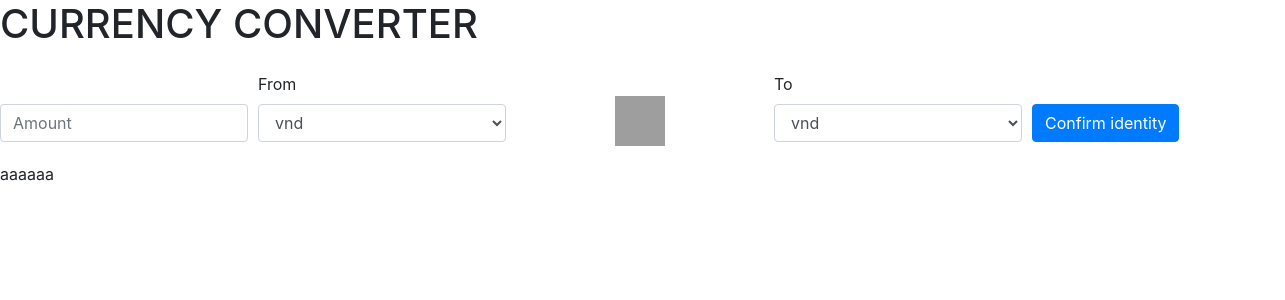
Repository: tts2610/MoneyConverter
Page: index.html
These files come from the project's save history. The page is drawn as it stood at one moment and after the next save; the edit follows.
The browser window is 1280 px wide. The page is 1285 px wide, so the pictures cover 1285 px, including what lies to the right of the window. The pictures show the whole page.
Pictures or frames that could not be fetched are drawn as grey boxes.

Above is the page before, as saved 2020-05-11 20:27:05.
Console error: TypeError: Cannot read properties of undefined (reading 'null')

### index.html
<!DOCTYPE html>
<html lang="en">

<head>
    <meta charset="UTF-8">
    <meta name="viewport" content="width=device-width, initial-scale=1.0">
    <title>Document</title>
    <link rel="stylesheet" href="https://maxcdn.bootstrapcdn.com/bootstrap/4.4.1/css/bootstrap.min.css">

    <!-- jQuery library -->
    <script src="https://ajax.googleapis.com/ajax/libs/jquery/3.4.1/jquery.min.js"></script>

    <!-- Popper JS -->
    <script src="https://cdnjs.cloudflare.com/ajax/libs/popper.js/1.16.0/umd/popper.min.js"></script>

    <!-- Latest compiled JavaScript -->
    <script src="https://maxcdn.bootstrapcdn.com/bootstrap/4.4.1/js/bootstrap.min.js"></script>

</head>

<body>
    <h1 class="mx-auto">CURRENCY CONVERTER</h1>
    <form>
        <div class="form-row justify-content-md-center">
            <div class="col mt-5">
                <input type="text" class="form-control" placeholder="Amount">
            </div>
            <div class="col mt-3">
                <label>From</label>
                <select class="form-control" id="fromCurrency">
            </select>
            </div>
            <div class="col mt-4 py-3" style="display: flex;justify-content: center;" onClick="swap()">
                <img src="https://cdn3.iconfinder.com/data/icons/basic-interface/100/update-512.png" width="50px" height="50px">
            </div>
            <div class="col mt-3">
                <label>To</label>
                <select class="form-control" id="toCurrency">
            </select>

            </div>
            <div class="col mt-5">
                <button type="submit" class="btn btn-primary mb-2">Confirm identity</button>
            </div>
        </div>
        <p>aaaaaa</p>
    </form>
    <script src="js/script.js"></script>
    <script>
        $(document).ready(function() {
            let selectList = Object.keys(dic);
            var fromCurrency = document.getElementById("fromCurrency");
            var toCurrency = document.getElementById("toCurrency");
            selectList.forEach(element => {
                var option = document.createElement("option");
                option.text = element;
                fromCurrency.add(option);
            })
            selectList.forEach(element => {
                var option = document.createElement("option");
                option.text = element;
                toCurrency.add(option);
            })

        });

        function swap() {
            var fromCurrency = document.getElementById("fromCurrency");
            var x = fromCurrency.value;
            var toCurrency = document.getElementById("toCurrency");
            fromCurrency.value = toCurrency.value;
            toCurrency.value = x;
        }
    </script>
</body>

</html>

### js/script.js
/*dic = {
    fromCurrency:{
        toCurrency:[currencyRatio,locale,currencySymbol],
        toCurrency:[currencyRatio,locale,currencySymbol],
        toCurrency:[currencyRatio,locale,currencySymbol],
        .....
    },
    fromCurrency:
        .....
}*/
let dic = {
    "vnd": { "usd": [1 / 23206, "en", "USD"], "jpy": [1 / 216.703, "ja-JP", "JPY"], "krw": [1 / 18.9136, "krw", "KRW"], "idr": [1 / 1.55505, "idr", "idr"], "eur": [1 / 25111, "de-DE", "EUR"], "vnd": [1, "vi", "VND"] },
    "usd": { "vnd": [23206, "vi", "VND"], "jpy": [107.297, "ja-JP", "JPY"], "krw": [1223.80, "krw", "KRW"], "idr": [14904, "idr", "idr"], "eur": [1 / 1.08207, "de-DE", "EUR"], "usd": [1, "en", "USD"] },
    "jpy": { "vnd": [216.703, "vi", "VND"], "usd": [1 / 107.297, "en", "USD"], "krw": [11.4099, "krw", "KRW"], "idr": [138.937, "idr", "idr"], "eur": [1 / 116.054, "de-DE", "EUR"], "jpy": [1, "ja-JP", "JPY"] },
    "krw": { "vnd": [18.9136, "vi", "VND"], "usd": [1 / 1224.06, "en", "USD"], "jpy": [1 / 11.4096, "ja-JP", "JPY"], "idr": [12.1833, "idr", "idr"], "eur": [1 / 1323.75, "de-DE", "EUR"], "krw": [1, "krw", "KRW"] },
    "idr": { "vnd": [1.55505, "vi", "VND"], "usd": [1 / 14910, "en", "USD"], "jpy": [1 / 138.985, "ja-JP", "JPY"], "krw": [1 / 12.1818, "krw", "KRW"], "eur": [1 / 16134.84, "de-DE", "EUR"], "idr": [1, "idr", "idr"] },
    "eur": { "vnd": [25081, "vi", "VND"], "usd": [1.08207, "en", "USD"], "jpy": [116.054, "ja-JP", "JPY"], "idr": [16129, "idr", "idr"], "krw": [1323.75, "krw", "KRW"], "eur": [1, "de-DE", "EUR"] },
}
let isValid = false;
let from = null;
let to = null;
let amount = 0;

// loop to check validity
// while (!isValid) {
//     if (Object.keys(dic).includes(from) && Object.keys(dic).includes(to) && !isNaN(amount)) isValid = true;
//     else {
//         from = prompt("Which currency do you want to convert from?").toLowerCase();
//         to = prompt("Which currency do you want to convert to?").toLowerCase();
//         amount = prompt("Enter your amount to convert:");
//     }
// }

// conversion
function convert() {
    let currencyRatio = dic[from][to][0];
    let locale = dic[from][to][1];
    let currency = dic[from][to][2];
    let res = (amount * currencyRatio);
    return new Intl.NumberFormat(locale, { style: 'currency', currency: currency, maximumSignificantDigits: 3 }).format(res);
}

// result
alert("Here is your result: " + convert())

After the next save:
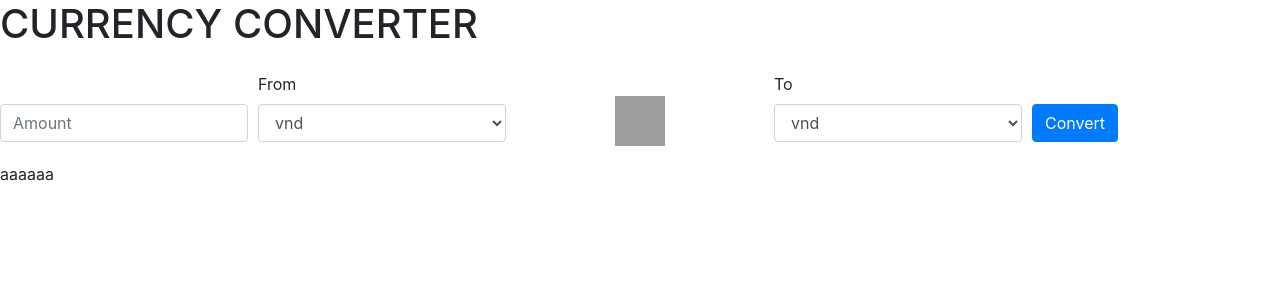
Saved 19 s later.
--- a/index.html
+++ b/index.html
@@ -40,7 +40,7 @@
 
             </div>
             <div class="col mt-5">
-                <button type="submit" class="btn btn-primary mb-2">Confirm identity</button>
+                <button type="submit" class="btn btn-primary mb-2">Convert</button>
             </div>
         </div>
         <p>aaaaaa</p>
